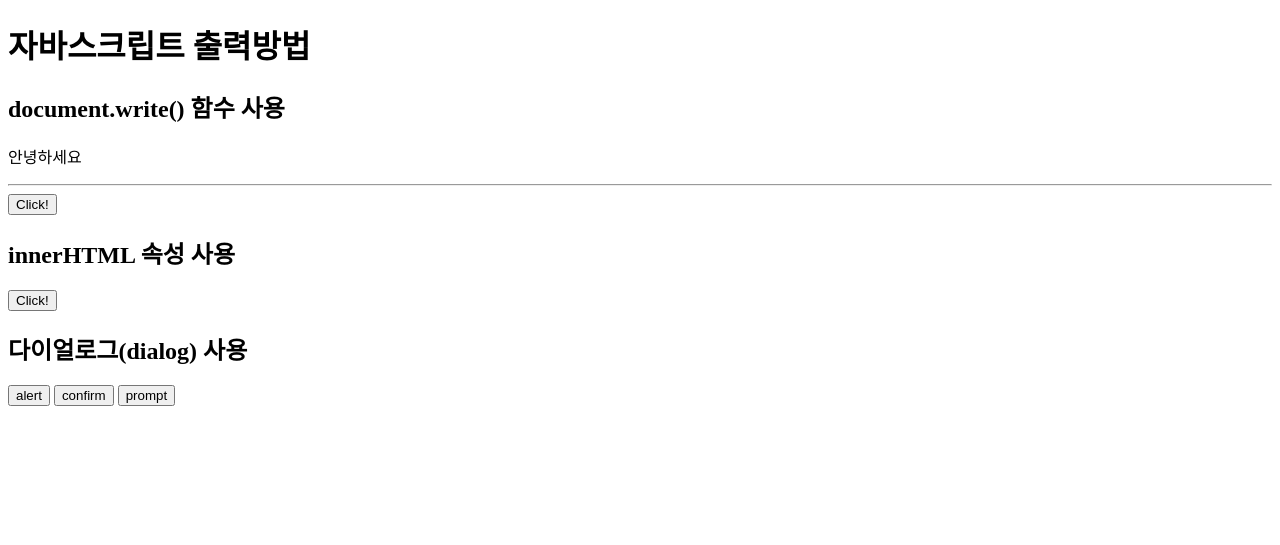
Repository: XenosJM/WEB_CODES
Page: Web03_JavaScript/src/main/webapp/03_output.html
The author's editor kept a copy of each file at every save. The page is drawn from the files as they stood at one save, then again after the next save.
The browser window is 1280 px wide. The pictures show the whole page.

Above is the page before, as saved 2024-03-20 03:19:12.

After the next save:
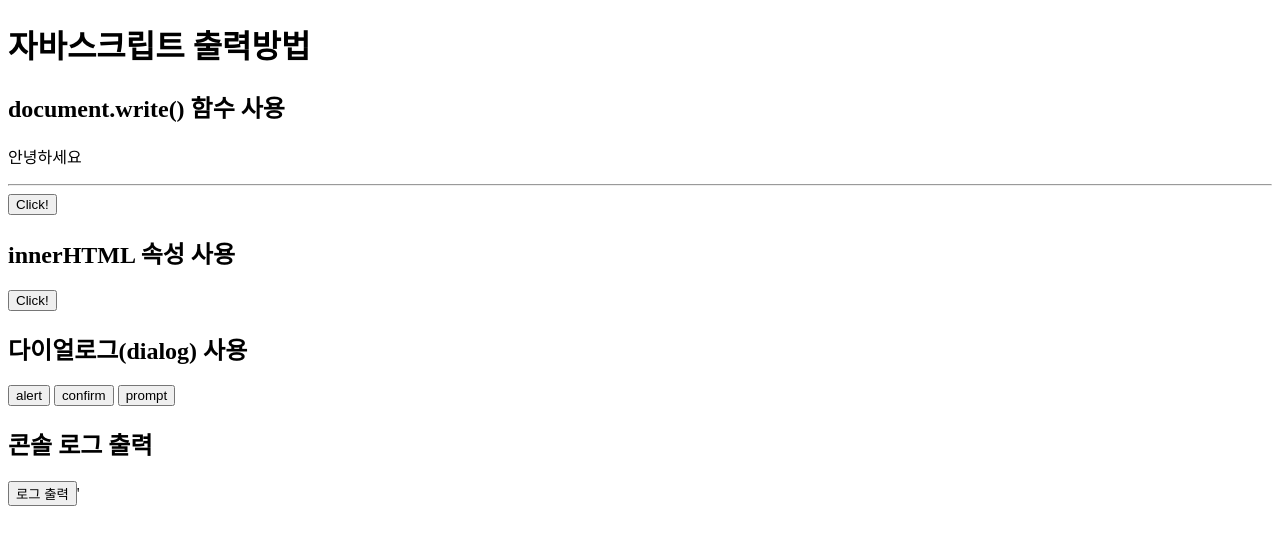
Saved 64 s later.
--- a/Web03_JavaScript/src/main/webapp/03_output.html
+++ b/Web03_JavaScript/src/main/webapp/03_output.html
@@ -24,7 +24,8 @@
 	<button onclick="showConfirm()">confirm</button>
 	<button onclick="showPrompt()">prompt</button>
 
-	<h2></h2>
+	<h2>콘솔 로그 출력</h2>
+	<button onclick="showLog()">로그 출력</button>'
 
 	<script type="text/javascript">
 	/*
